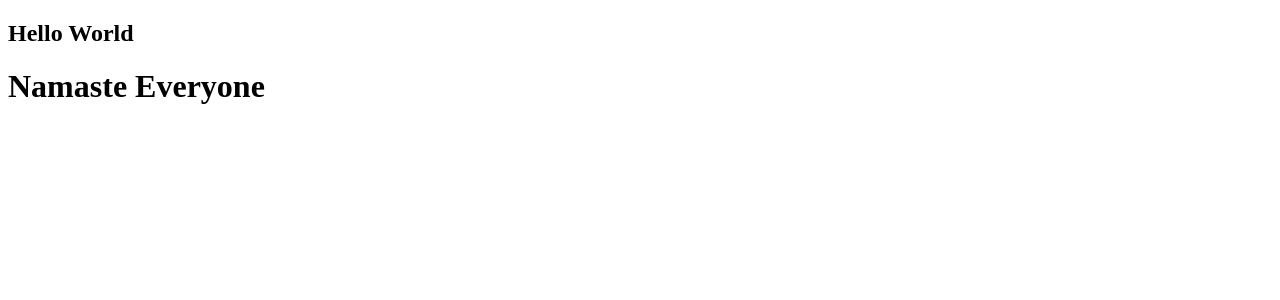
Repository: W0474997SteveArmstrong/NamasteReact
Page: index.html
The author's editor kept a copy of each file at every save. The page is drawn from the files as they stood at one save, then again after a run of saves.
The browser window is 1280 px wide. The pictures show the whole page.

Above is the page before, as saved 2022-12-25 20:52:58.

### index.html
<!DOCTYPE html>
<html lang="en">
<head>
    <meta charset="UTF-8">
    <meta http-equiv="X-UA-Compatible" content="IE=edge">
    <meta name="viewport" content="width=device-width, initial-scale=1.0">
    <title>Namaste React HTML title</title>
    <script crossorigin src="https://unpkg.com/react@18/umd/react.development.js"></script>
<script crossorigin src="https://unpkg.com/react-dom@18/umd/react-dom.development.js"></script>
</head>
<body>
    <h2 id="title">Hello World</h2>

    <div id="root">
    </div>
    <!-- <h1>Namaste Everyone!</h1> -->
</body>
<script>
    const reactheading = React.createElement('h1',{},'Namaste Everyone');
    const root = ReactDOM.createRoot(document.getElementById('root'));
    root.render(reactheading);
</script>
</html>

After the next 2 saves:
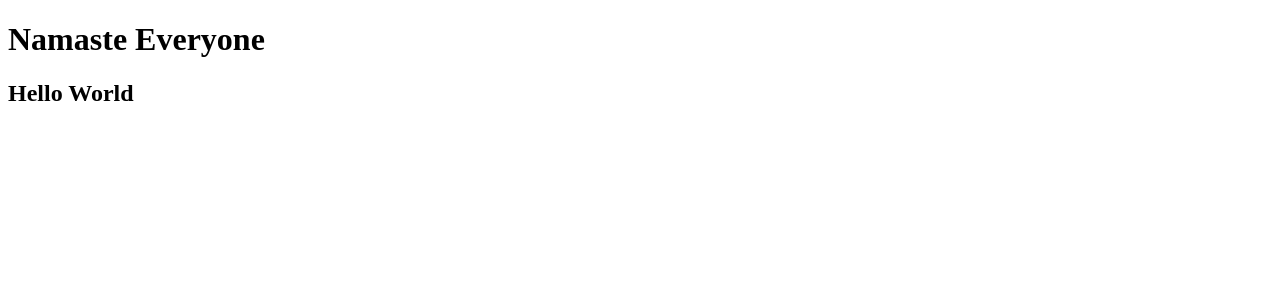
The 2 saves are shown as one change because they came seconds apart.
The last was saved 12 s later.
--- a/index.html
+++ b/index.html
@@ -9,11 +9,12 @@
 <script crossorigin src="https://unpkg.com/react-dom@18/umd/react-dom.development.js"></script>
 </head>
 <body>
-    <h2 id="title">Hello World</h2>
 
     <div id="root">
     </div>
     <!-- <h1>Namaste Everyone!</h1> -->
+    <h2 id="title">Hello World</h2>
+
 </body>
 <script>
     const reactheading = React.createElement('h1',{},'Namaste Everyone');
